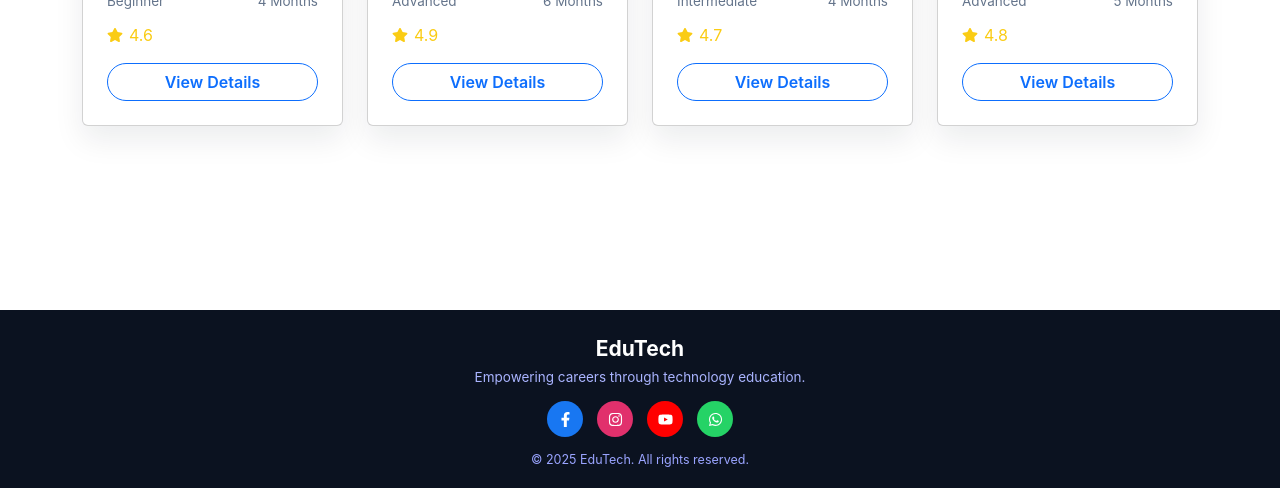
Repository: Aswin74k/project-2
Page: /enroll
An editor plug-in stored every save of this project. The page is shown before and after the next save, followed by the edit.
The browser window is 1280 px wide. The pictures show the part of the page from y = 1872 to 2824 px (the page is 2360 px tall before and 3135 px after).
The project was rebuilt for these pictures with package versions that can differ from the ones it lists, and the page was loaded fresh each time. Also part of the build but not shown: vite.config.js, src/project/course.css, src/project/Course.jsx, src/project/About.css, src/project/About.jsx, src/project/Enroll.css, src/project/Enroll.jsx, src/project/contact.css and 1 more.

Above is the page before, as saved 2025-12-25 17:43:22.

After the next save:
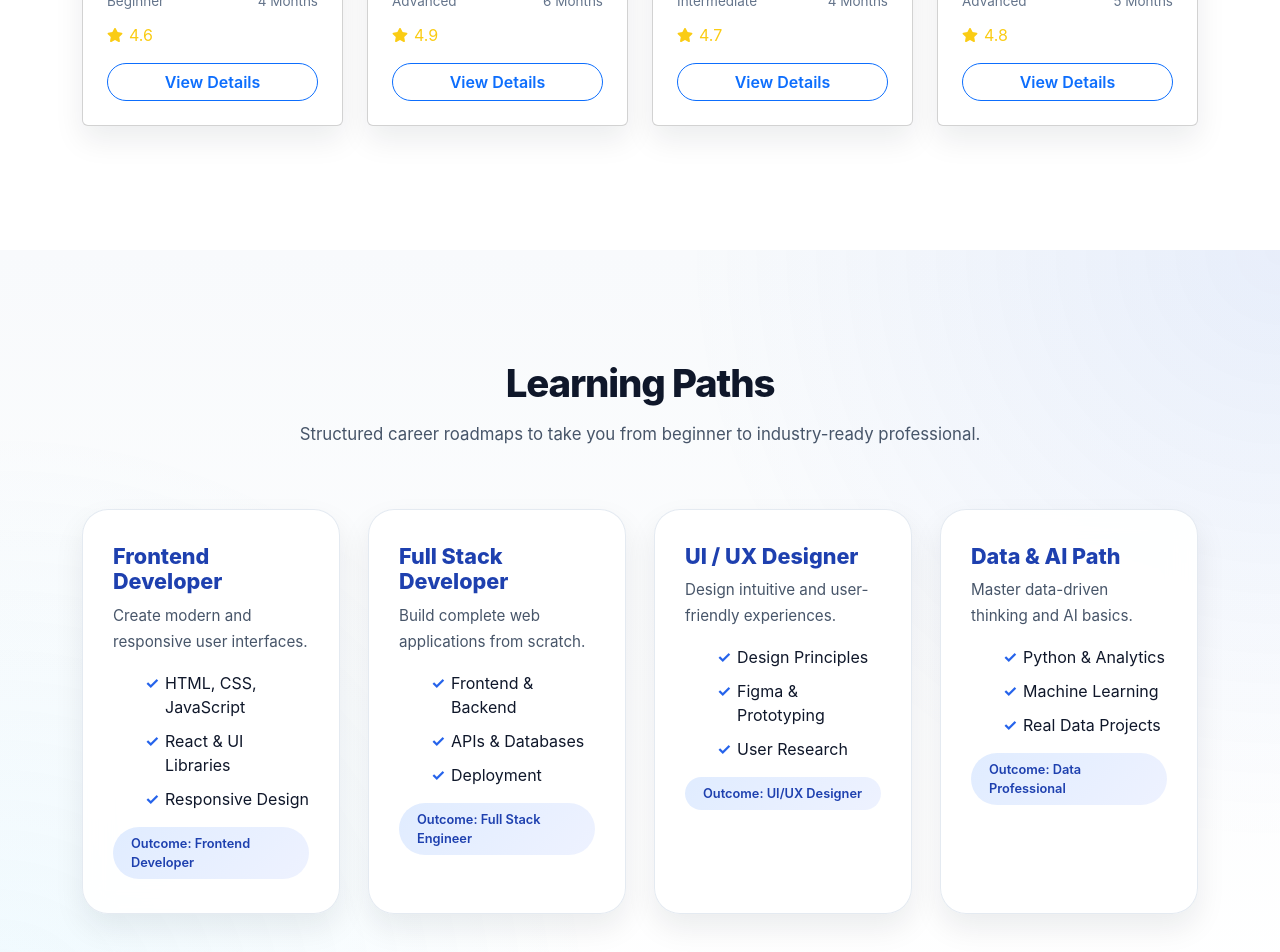
Saved 2 min 41 s later.
--- a/src/project/Home.jsx
+++ b/src/project/Home.jsx
@@ -146,6 +146,69 @@ export default function Home() {
           </Row>
         </Container>
       </section>
+{/* LEARNING PATHS */}
+<section className="paths-section">
+  <div className="container">
+    <h2 className="section-title">Learning Paths</h2>
+    <p className="section-subtitle">
+      Structured career roadmaps to take you from beginner to industry-ready professional.
+    </p>
+
+    <div className="paths-grid">
+      <div className="path-card">
+        <h4>Frontend Developer</h4>
+        <p>Create modern and responsive user interfaces.</p>
+
+        <ul>
+          <li>HTML, CSS, JavaScript</li>
+          <li>React & UI Libraries</li>
+          <li>Responsive Design</li>
+        </ul>
+
+        <div className="path-outcome">Outcome: Frontend Developer</div>
+      </div>
+
+      <div className="path-card">
+        <h4>Full Stack Developer</h4>
+        <p>Build complete web applications from scratch.</p>
+
+        <ul>
+          <li>Frontend & Backend</li>
+          <li>APIs & Databases</li>
+          <li>Deployment</li>
+        </ul>
+
+        <div className="path-outcome">Outcome: Full Stack Engineer</div>
+      </div>
+
+      <div className="path-card">
+        <h4>UI / UX Designer</h4>
+        <p>Design intuitive and user-friendly experiences.</p>
+
+        <ul>
+          <li>Design Principles</li>
+          <li>Figma & Prototyping</li>
+          <li>User Research</li>
+        </ul>
+
+        <div className="path-outcome">Outcome: UI/UX Designer</div>
+      </div>
+
+      <div className="path-card">
+        <h4>Data & AI Path</h4>
+        <p>Master data-driven thinking and AI basics.</p>
+
+        <ul>
+          <li>Python & Analytics</li>
+          <li>Machine Learning</li>
+          <li>Real Data Projects</li>
+        </ul>
+
+        <div className="path-outcome">Outcome: Data Professional</div>
+      </div>
+    </div>
+  </div>
+</section>
 
 
 
